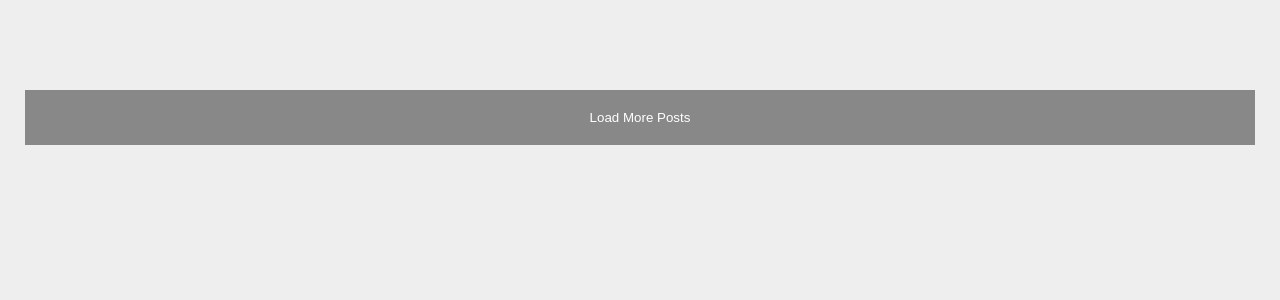
Repository: anderfmelo/temp-repo
Page: /
An editor plug-in stored every save of this project. The page is shown before and after the next save, followed by the edit.
The browser window is 1280 px wide. The pictures show the whole page.
The page's requests for data from a server got no answer. The project was rebuilt for these pictures with package versions that can differ from the ones it lists, and the page was loaded fresh each time. No one was signed in, and anything a server would have sent is missing. Also part of the build but not shown: src/components/PostCard/styles.css, src/components/PostCard/index.jsx.

Above is the page before, as saved 2022-04-20 12:25:19.

After the next save:
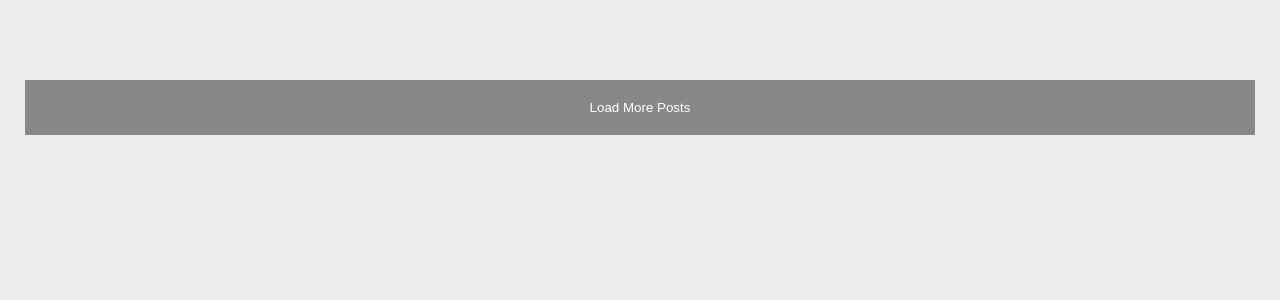
Saved 5 s later.
--- a/src/templates/Home/styles.css
+++ b/src/templates/Home/styles.css
@@ -5,7 +5,7 @@
 }
 
 .button-container {
-  min-height: 120px;
+  min-height: 110px;
   display: flex;
   align-items: flex-end;
 }
